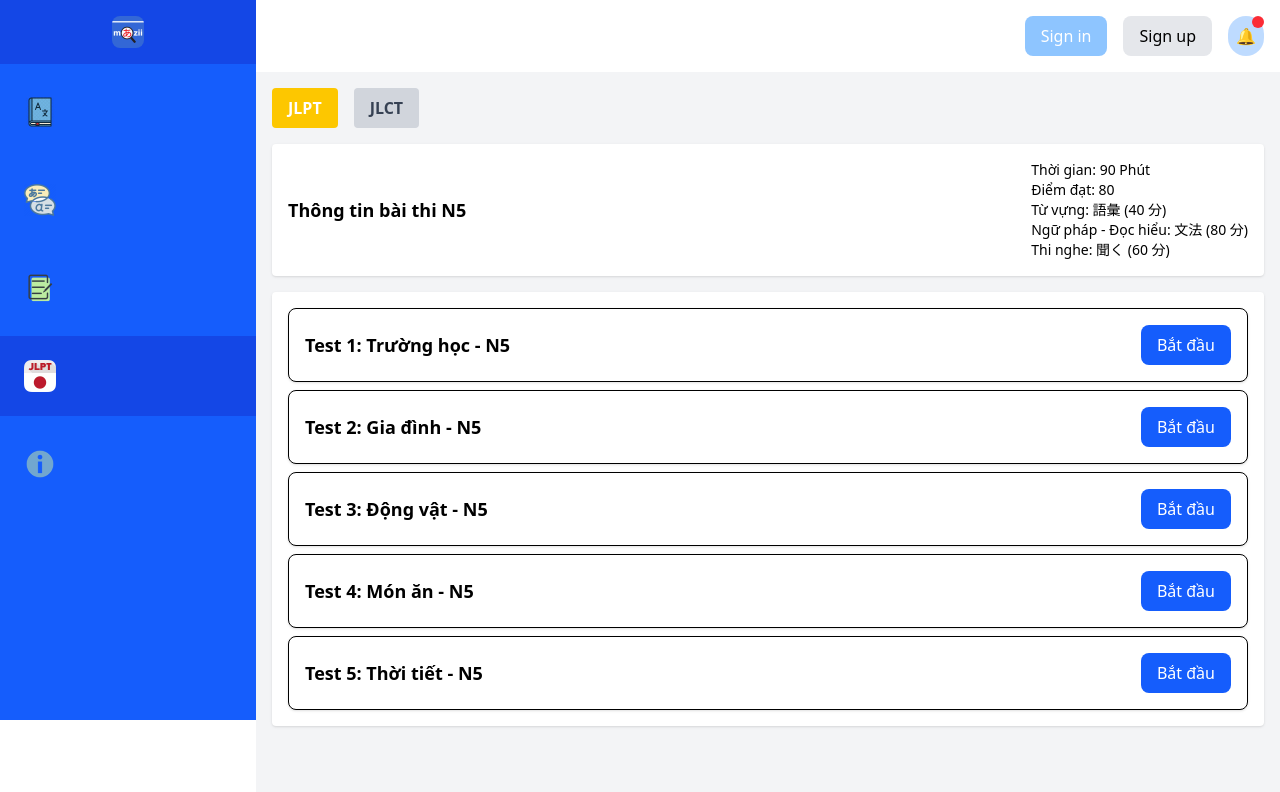
Repository: reminzuetto/JapaneseTranslationApp
Page: /jlpt
The author's editor kept a copy of each file at every save. The page is drawn from the files as they stood at one save, then again after the next save.
The browser window is 1280 px wide. The pictures show the whole page.
The page's requests for data from a server got no answer. The project was rebuilt for these pictures with package versions that can differ from the ones it lists, and the page was loaded fresh each time. No one was signed in, and anything a server would have sent is missing. Also part of the build but not shown: vite.config.js, src/components/Header/NotificationItem.jsx, src/components/SeachBar/DropDownButton.jsx, src/components/SeachBar/SearchInput.jsx, src/components/SeachBar/SearchBar.jsx, src/pages/Home.jsx, src/Firebase.jsx, src/pages/SignInForm.jsx and 8 more.

Above is the page before, as saved 2025-03-19 08:20:41.

After the next save:
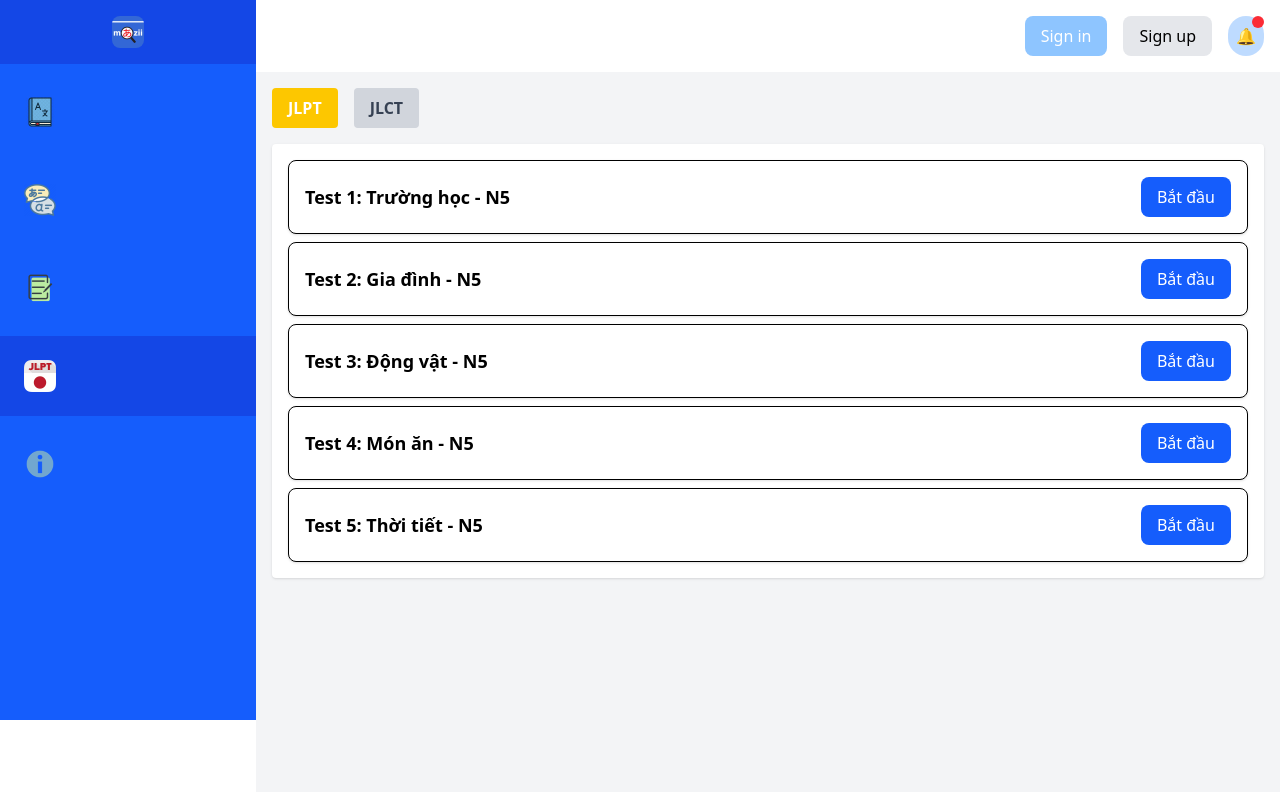
Saved 4 s later.
--- a/src/pages/JLPTPage.jsx
+++ b/src/pages/JLPTPage.jsx
@@ -28,17 +28,6 @@ const JLPTPage = () => {
         </button>
       </div>
 
-      <div className="flex justify-between items-center bg-white p-4 rounded shadow">
-        <h2 className="text-lg font-bold">Thông tin bài thi N5</h2>
-        <div className="text-sm">
-          <p>Thời gian: 90 Phút</p>
-          <p>Điểm đạt: 80</p>
-          <p>Từ vựng: 語彙 (40 分)</p>
-          <p>Ngữ pháp - Đọc hiểu: 文法 (80 分)</p>
-          <p>Thi nghe: 聞く (60 分)</p>
-        </div>
-      </div>
-
       <div className="mt-4 bg-white p-4 rounded shadow space-y-2">
         {tests.map((test, index) => (
           <JLPTTestItem
